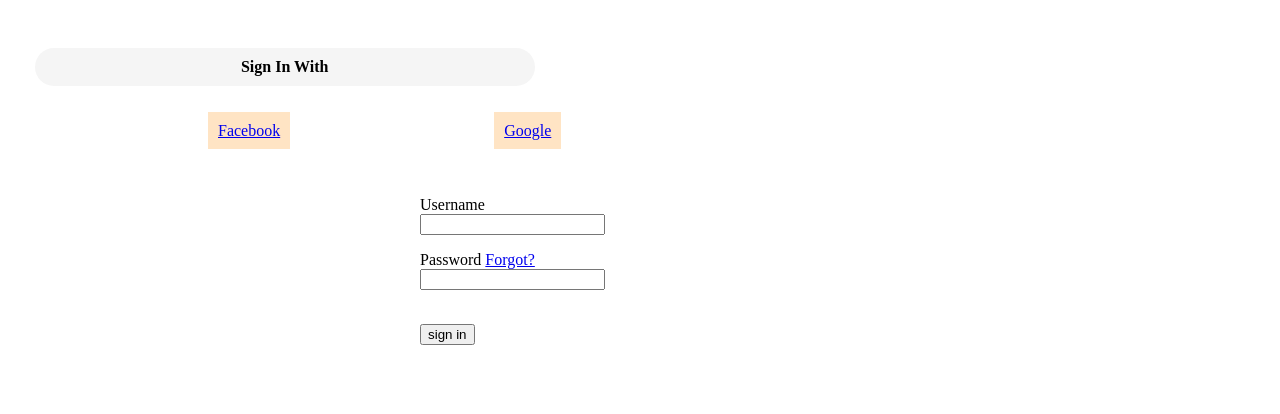
Repository: Tobby004/bdc-assignment-2
Page: index.html
These files come from the project's save history. The page is drawn as it stood at one moment and after the next save; the edit follows.
The browser window is 1280 px wide. The pictures show the whole page.

Above is the page before, as saved 2023-02-11 07:03:30.

### index.html
<!DOCTYPE html>
<html lang="en">
<head>
    <meta charset="UTF-8">
    <meta http-equiv="X-UA-Compatible" content="IE=edge">
    <meta name="viewport" content="width=<device-width>, initial-scale=1.0">
    <title>Document</title>
    <link rel="stylesheet" href="task.css">
</head>
<body>
    <header>
    <div class="box-container">
        <div class="box1">
        <br>
            <b>
             Sign In With
            </b>
        <br>
        <br>
        <a href="#">
            Facebook</a>
            <a href="#">
                Google
            </a>
        </div>
            </div>
        </header>


        <div class="form-input">
        <p>Username
            <br>
            <input type="text" placeholder="" />
        </p>
         <p>Password
            <a href="#">Forgot?</a>
            <br>
            <input type="password" />
         </p>
         <br>
         <button>sign in</button>
        </div>

</body>
</html>

### task.css
*{
    box-sizing:border-box;
}
header b {
    background-color:whitesmoke ;
    display: flex;
    padding: 10px;
    border-radius: 40px;
    margin-right: auto;
    margin-left: auto;
    max-width: 500px;
    justify-content: center;
}
header a {
    padding: 10px;
    display: flexbox;
    background-color: bisque;
    margin-left: 200px;

    max-width: 500px
}
.form-input{
    display: block;
    max-width: 500px;
    height: 10px;
    padding: 30px;
    margin-left: auto;
    margin-right: auto;
}
.box-container {
    justify-content: space-between;
    display: flex;
    margin-block: 10px;
    margin-top: 30px;
}
box

After the next save:
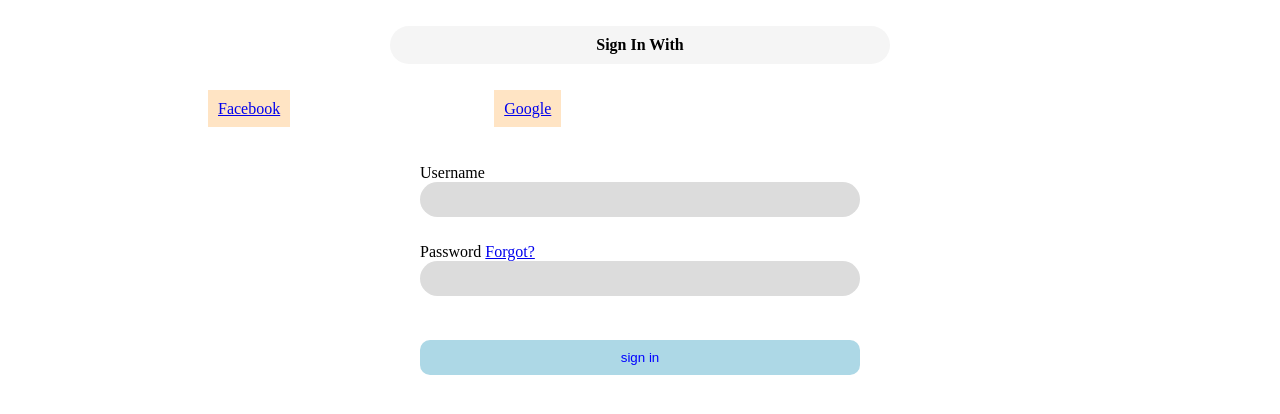
Saved 9 min 10 s later.
--- a/task.css
+++ b/task.css
@@ -27,10 +27,22 @@ header a {
     margin-left: auto;
     margin-right: auto;
 }
-.box-container {
-    justify-content: space-between;
-    display: flex;
-    margin-block: 10px;
-    margin-top: 30px;
+input {
+    background-color: gainsboro;
+    display: flexbox;
+    padding: 10px;
+    width: 100%;
+    border: none;
+
+    border-radius: 30px;
+    margin-bottom: 10px;
 }
-box
+button {
+    display: block;
+    padding: 10px;
+    width: 100%;
+    border: none;
+    color: blue;
+    border-radius: 10px;
+    background: lightblue;
+}
